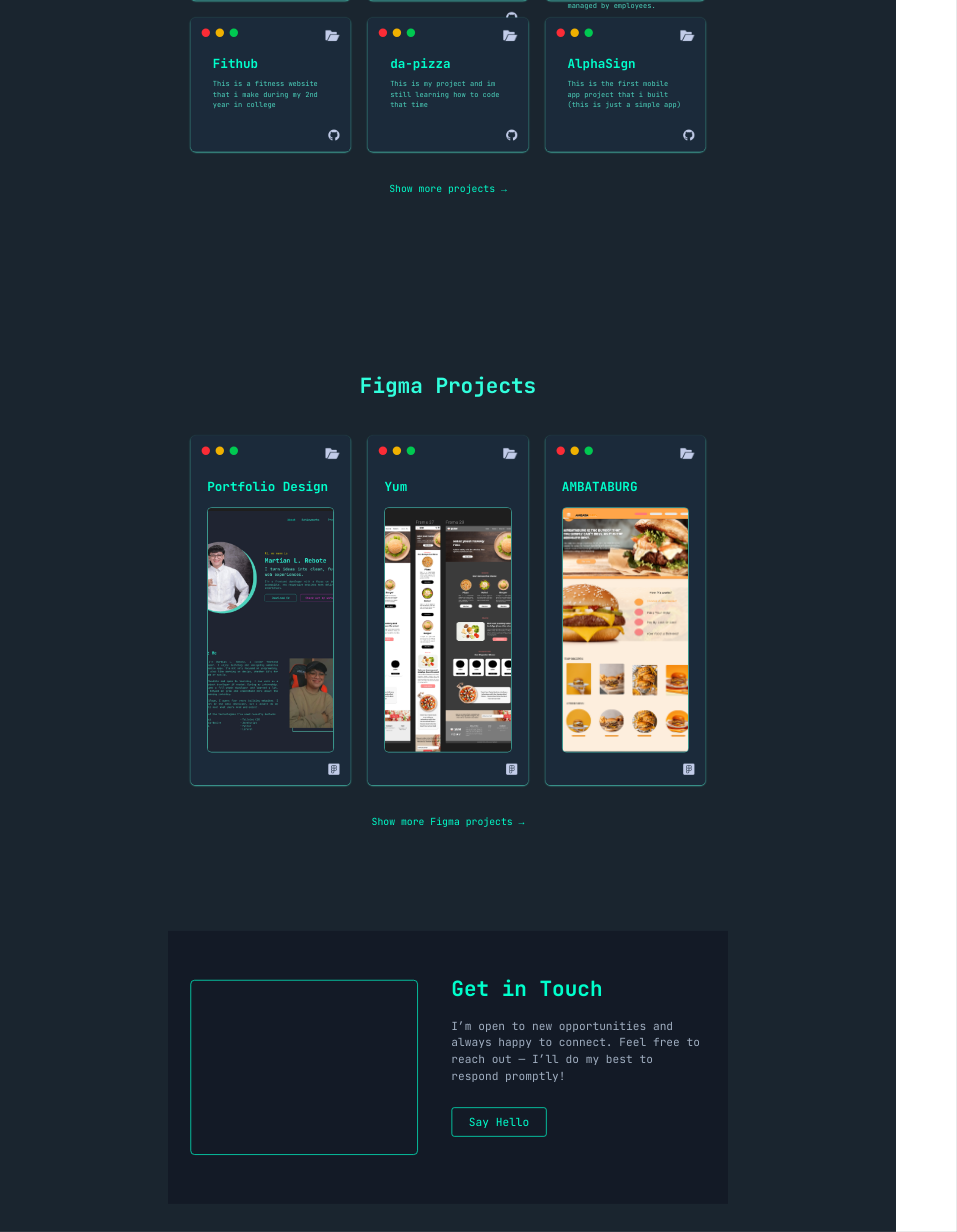
Repository: m4rsu-code/Portfolio
Page: / (app in my-portfolio/)
These files come from the project's save history. The page is drawn as it stood at one moment and after the next save; the edit follows.
The browser window is 1280 px wide. The page is 1367 px wide, so the pictures cover 1367 px, including what lies to the right of the window. The pictures show the part of the page from y = 3167 to 4927 px (the page is 4927 px tall before and 4787 px after), at 70% of full size.
The project was rebuilt for these pictures with package versions that can differ from the ones it lists, and the page was loaded fresh each time. Also part of the build but not shown: my-portfolio/vite.config.js, my-portfolio/src/assets/components/Modal/AchievementModal.jsx, my-portfolio/src/AchievementsPage.jsx, my-portfolio/src/ProjectPage.jsx, my-portfolio/src/FigmaProjectsPage.jsx.

Above is the page before, as saved 2025-08-04 18:14:27.

### my-portfolio/src/main.jsx
import { StrictMode } from "react";
import { createRoot } from "react-dom/client";
import { BrowserRouter as Router, Routes, Route } from "react-router-dom";
import "./assets/CSS/index.css";
import App from "./App.jsx";
import AchievementsPage from "./AchievementsPage.jsx";
import ProjectPage from "./ProjectPage.jsx";
import FigmaProjectsPage from "./FigmaProjectsPage.jsx";
import ScrollToTop from "./assets/components/ScrollToTop.jsx";

createRoot(document.getElementById("root")).render(
  <StrictMode>
    <Router>
      <ScrollToTop />
      <Routes>
        <Route path="/" element={<App />} />
        <Route path="/achievements" element={<AchievementsPage />} />
        <Route path="/projects" element={<ProjectPage />} />
        <Route path="/figma-projects" element={<FigmaProjectsPage />} />
      </Routes>
    </Router>
  </StrictMode>
);

### my-portfolio/src/assets/CSS/index.css
@import "tailwindcss";

@layer base {
  .font-jetbrains-mono {
    font-family: 'JetBrains Mono', monospace;
  }
}

### my-portfolio/src/App.jsx
import { useState } from 'react';
import { Link } from 'react-router-dom';
import Navbar from './assets/components/Navbar';
import AchievementModal from './assets/components/Modal/AchievementModal';
import './assets/CSS/animation.css';
import { achievements, projects, figmaProjects } from './assets/components/data';
import ScrollToTopButton from './assets/components/ScrollToTopButton';

function App() {
  const [isModalOpen, setIsModalOpen] = useState(false);
  const [selectedAchievement, setSelectedAchievement] = useState(null);

  const openModal = (achievement) => {
    setSelectedAchievement(achievement);
    setIsModalOpen(true);
  };

  const closeModal = () => {
    setIsModalOpen(false);
    setSelectedAchievement(null);
  };

  return (
    <div className='min-h-screen bg-[#1A252F]'>
      <Navbar />
      <ScrollToTopButton />
      <div className='w-full px-60 py-10'>
        {/* Introduction Section */}
        <div className="flex flex-col items-center justify-center mt-30">
          <div className="flex flex-col md:flex-row items-center justify-center gap-35 px-8 py-16">
            {/* Image with Glowing Effect */}
            <div className="relative">
              <div className="rounded-full border-[2px] border-[#00FFCC] overflow-hidden w-[500px] h-[500px] animate-glow">
                <img
                  src="/Images/me.png"
                  alt="Martian L. Rebote"
                  className="object-cover w-full h-full"
                />
              </div>
            </div>

            {/* Text Content */}
            <div className="text-center md:text-left font-jetbrains-mono">
              <div className='w-full md:w-[750px]'>
                <p className="text-[#FFEA00] text-[18px]">Hi, my name is</p>
                <h1 className="text-[#00FFCC] text-[45px] font-bold mt-2">Martian L. Rebote</h1>
                <p className="text-base text-[30px] font-bold text-[#57CDB9] mt-4">
                  I turn ideas into clean, functional web experiences.
                </p>
                <p className="mt-4 text-[#4CD2BC] leading-relaxed text-[18px]">
                  I’m a frontend developer with a focus on building fast, accessible, and responsive websites that deliver great user experiences.
                </p>
              </div>

              <div className="mt-6 flex flex-col sm:flex-row items-center gap-4">
                <a href="/Martian_Rebote_CV.pdf" className="border border-[#00FFCC] px-5 py-2 rounded-md text-[#00FFCC] hover:bg-[#00FFCC] hover:text-black transition-colors">
                  Download CV
                </a>
                <a href="#projects" className="border border-[#FF38E5] px-5 py-2 rounded-md text-[#FF38E5] hover:bg-[#FF38E5] hover:text-black transition-colors">
                  Check out my work!
                </a>
              </div>
            </div>
          </div>
        </div>

        {/* About Me Section */}
        <div id="about" className="flex flex-col mt-30">
          <div className='flex flex-col md:flex-row items-center justify-between gap-10 px-8 py-16'>
            <div className='w-full md:w-[800px] text-left font-jetbrains-mono'>
              <h2 className='text-[#31FFDD] text-[30px] font-bold mb-7'>About Me</h2>
              <div className='w-full md:w-[900px] text-justify px-5'>
                <p className='text-[#4CD2BC] text-[18px] mt-4'>
                  Hi, I’m Martian L. Rebote, a junior frontend developer. I enjoy building and designing websites and mobile apps. I’m not only focused on programming, but I also like working on design, whether it’s for the web or mobile.
                </p>
                <p className='text-[#4CD2BC] text-[18px] mt-4'>
                  I’m flexible and open to learning. I can work as a full-stack developer if needed. During my internship, I became a full-stack developer and learned a lot, which helped me grow and understand more about the programming industry.
                </p>
                <p className='text-[#4CD2BC] text-[18px] mt-4'>
                  Some of the technologies I’ve used recently include:
                </p>

                <div className='flex flex-col sm:flex-row gap-10 mt-4'>
                  <ul className='text-[#4CD2BC] text-[18px] mt-2 list-disc pl-5'>
                    <li>React</li>
                    <li>React-Native</li>
                    <li>HTML</li>
                    <li>CSS</li>
                  </ul>
                  <ul className='text-[#4CD2BC] text-[18px] mt-2 list-disc pl-5'>
                    <li>Tailwind CSS</li>
                    <li>JavaScript</li>
                    <li>Python</li>
                    <li>Laravel</li>
                  </ul>
                </div>
              </div>
            </div>

            <div className="relative image-container w-[380px] h-[450px] group cursor-pointer">
              <div className="absolute left-5 w-full h-full border-3 border-[#00FFCC] rounded-[10px] uneven-box z-0 transition-transform duration-300 ease-in-out"></div>
              <div className="relative z-10 rounded-[10px] overflow-hidden w-full h-full transition-transform duration-300 ease-in-out group-hover:translate-x-[-10px] group-hover:translate-y-[-10px]">
                <img
                  src="/Images/me2.jpg"
                  alt="Martian L. Rebote"
                  className="object-cover w-full h-full"
                />
              </div>
            </div>
          </div>
        </div>

        {/* Achievements Section */}
        <div id="achievements" className="flex flex-col mt-30 px-8 py-16 font-jetbrains-mono">
          <h2 className="text-[#31FFDD] text-[30px] font-bold mb-12">Notable Achievements</h2>

          {/* Cards Grid - Limited to first 2 achievements */}
          <div>
            {/* First Row */}
            <div className="grid md:grid-cols-2 gap-10">
              {/* Left card (code-like box with image) */}
              <div className="bg-[#1B2A3A] rounded-lg p-4 flex flex-col h-96">
                <div className="flex gap-2 mb-4">
                  <div className="w-3 h-3 bg-red-500 rounded-full"></div>
                  <div className="w-3 h-3 bg-yellow-500 rounded-full"></div>
                  <div className="w-3 h-3 bg-green-500 rounded-full"></div>
                </div>
                <div
                  className="border border-[#4CD2BC] rounded-md flex-grow overflow-hidden group cursor-pointer"
                  onClick={() => openModal(achievements[0])}
                >
                  <img
                    src={achievements[0].image}
                    alt="Achievement Image"
                    className="w-full h-full object-cover transition-transform duration-300 ease-in-out group-hover:scale-110"
                  />
                </div>
              </div>

              {/* Right card (trophy + achievement with text) */}
              <div className="flex flex-col h-64">
                <p className="text-[#31FFDD] text-sm mb-2">Featured Achievement</p>
                <h3 className="text-[#31FFDD] text-lg font-bold flex items-center gap-2">
                  🏆 {achievements[0].title}
                </h3>
                <div className="border border-[#4CD2BC] rounded-md flex-grow mt-4 p-4 text-[#4CD2BC] text-sm overflow-auto">
                  {achievements[0].description}
                </div>
                <p className="text-[#4CD2BC] text-sm mt-2">Date: {achievements[0].date}</p>
              </div>
            </div>

            {/* Second Row */}
            <div className="grid md:grid-cols-2 gap-10 mt-10">
              {/* Left card (trophy + achievement with text) */}
              <div className="flex flex-col h-64">
                <p className="text-[#31FFDD] text-sm mb-2">Featured Achievement</p>
                <h3 className="text-[#31FFDD] text-lg font-bold flex items-center gap-2">
                  🏆 {achievements[1].title}
                </h3>
                <div className="border border-[#4CD2BC] rounded-md flex-grow mt-4 p-4 text-[#4CD2BC] text-sm overflow-auto">
                  {achievements[1].description}
                </div>
                <p className="text-[#4CD2BC] text-sm mt-2">Date: {achievements[1].date}</p>
              </div>

              {/* Right card (code-like box with image) */}
              <div className="bg-[#1B2A3A] rounded-lg p-4 flex flex-col h-96">
                <div className="flex gap-2 mb-4">
                  <div className="w-3 h-3 bg-red-500 rounded-full"></div>
                  <div className="w-3 h-3 bg-yellow-500 rounded-full"></div>
                  <div className="w-3 h-3 bg-green-500 rounded-full"></div>
                </div>
                <div
                  className="border border-[#4CD2BC] rounded-md flex-grow overflow-hidden group cursor-pointer"
                  onClick={() => openModal(achievements[1])}
                >
                  <img
                    src={achievements[1].image}
                    alt="Achievement Image"
                    className="w-full h-full object-cover transition-transform duration-300 ease-in-out group-hover:scale-110"
                  />
                </div>
              </div>
            </div>
          </div>

          {/* Show more link */}
          <div className="text-center mt-10">
            <Link
                to="/achievements"
                state={{ achievements }}
                className="text-[#31FFDD] text-sm hover:underline"
              >
                Show more achievements →
              </Link>
          </div>
        </div>

        {/* Project Section */}
        <div id='projects' className="flex flex-col mt-30 px-8 py-16 font-jetbrains-mono">
          <h2 className="text-[#31FFDD] text-[30px] text-center font-bold mb-12">Featured Projects</h2>
          <div className="grid grid-cols-1 sm:grid-cols-2 lg:grid-cols-3 gap-6">
            {projects.slice(0, 6).map((project) => (
              <div
                key={project.id}
                className="bg-[#1B2A3A] rounded-lg p-4 flex flex-col h-48 relative group shadow-xs shadow-[#4CD2BC] cursor-pointer transform transition-transform duration-300 ease-in-out hover:-translate-y-2"
              >
                <div className="flex gap-2">
                  <div className="w-3 h-3 bg-red-500 rounded-full"></div>
                  <div className="w-3 h-3 bg-yellow-500 rounded-full"></div>
                  <div className="w-3 h-3 bg-green-500 rounded-full"></div>
                  <div className="justify-end ml-auto">
                    <img src="/Images/open-folder.png" alt="Folder Icon" className="w-5 h-5" />
                  </div>
                </div>
                <div className="text-left rounded-md flex-grow p-4">
                  <h3 className="text-[#00FFCC] text-[18px] font-bold mb-2">{project.title}</h3>
                  <p className="text-[#4CD2BC] text-[10px]">{project.description}</p>
                </div>
                <div className="flex justify-end gap-2">
                  {project.githubLink ? (
                    <a href={project.githubLink} target="_blank" rel="noopener noreferrer" aria-label={`View ${project.title} on GitHub`}>
                      <img
                        src="/Images/github.png"
                        alt="GitHub Icon"
                        className="w-4 h-4 hover:invert hover:brightness-0 hover:sepia hover:saturate-[100%]"
                      />
                    </a>
                  ) : (
                    <img
                      src="/Images/github.png"
                      alt="GitHub Icon"
                      className="w-4 h-4 hover:invert hover:brightness-0 hover:sepia hover:saturate-[100%]"
                    />
                  )}
                  {project.title === 'Portfolio' && project.link && (
                    <a href={project.link} target="_blank" rel="noopener noreferrer" aria-label="View Portfolio Website">
                      <img
                        src="/Images/link.png"
                        alt="Link Icon"
                        className="w-4 h-4 hover:invert hover:brightness-0 hover:sepia hover:saturate-[100%]"
                      />
                    </a>
                  )}
                </div>
              </div>
            ))}
          </div>

          {projects.length > 6 && (
            <div className="text-center mt-10">
              <Link
                to="/projects"
                state={{ projects }}
                className="text-[#00FFCC] text-sm hover:underline"
              >
                Show more projects →
              </Link>
            </div>
          )}
        </div>

        {/* Figma Projects Section */}
        <div className="flex flex-col mt-30 px-8 py-16 font-jetbrains-mono">
          <h2 className="text-[#31FFDD] text-[30px] text-center font-bold mb-12">Figma Projects</h2>
          <div className="grid grid-cols-1 sm:grid-cols-2 lg:grid-cols-3 gap-6">
            {figmaProjects.slice(0, 3).map((project) => (
              <div
                key={project.id}
                className="bg-[#1B2A3A] rounded-lg p-4 flex flex-col h-[500px] relative group shadow-xs shadow-[#4CD2BC] cursor-pointer transform transition-transform duration-300 ease-in-out hover:-translate-y-2"
              >
                {/* Header with window controls and folder icon */}
                <div className="flex gap-2 mb-4">
                  <div className="w-3 h-3 bg-red-500 rounded-full"></div>
                  <div className="w-3 h-3 bg-yellow-500 rounded-full"></div>
                  <div className="w-3 h-3 bg-green-500 rounded-full"></div>
                  <div className="justify-end ml-auto">
                    <img src="/Images/open-folder.png" alt="Folder Icon" className="w-5 h-5" />
                  </div>
                </div>

                {/* Project Title */}
                <div className="flex items-start justify-start p-2">
                  <h3 className="text-[#00FFCC] text-[18px] font-bold">{project.title}</h3>
                </div>

                {/* Image with Border and No Overlap */}
                <div className="flex-grow flex items-center justify-center p-2">
                  <div className="border border-[#4CD2BC] rounded-md w-full h-[350px] overflow-hidden ">
                    <img
                      src={project.image}
                      alt={`${project.title} Image`}
                      className="w-full h-full object-cover"
                      onError={(e) => (e.target.src = '/Images/fallback.png')}
                      loading="lazy"
                    />
                  </div>
                </div>

                {/* Figma Link */}
                <div className="flex justify-end gap-2 mt-2">
                  {project.figmaLink && (
                    <a
                      href={project.figmaLink}
                      target="_blank"
                      rel="noopener noreferrer"
                      aria-label={`View ${project.title} on Figma`}
                    >
                      <img
                        src="/Images/figma.png"
                        alt="Figma Icon"
                        className="w-4 h-4 hover:invert hover:brightness-0 hover:sepia hover:saturate-[100%]"
                      />
                    </a>
                  )}
                </div>
              </div>
            ))}
          </div>
          {figmaProjects.length > 3 && (
            <div className="text-center mt-10">
              <Link
                to="/figma-projects"
                state={{ figmaProjects }}
                className="text-[#00FFCC] text-sm hover:underline"
              >
                Show more Figma projects →
              </Link>
            </div>
          )}
        </div>

        {/* Contact section */}
        <div className="flex flex-col items-center justify-center mt-20 px-8 py-16 font-jetbrains-mono text-white bg-[#131A26]">
          <div className="flex flex-col md:flex-row items-center justify-center gap-12 max-w-6xl w-full">

            {/* Left side — the outlined box */}
            <div className="border border-[#00FFCC] w-[300px] h-[200px] md:w-[400px] md:h-[250px] rounded-md"></div>

            {/* Right side — text, button, and icons */}
            <div className="text-center md:text-left">
              <h2 className="text-[#00FFCC] text-2xl md:text-3xl font-bold mb-6">Get in Touch</h2>
              <p className="text-[#A0AEC0] text-sm md:text-base mb-8 max-w-md">
                I’m open to new opportunities and always happy to connect. Feel free to reach out — I’ll do my best to respond promptly!
              </p>
              <button className="border border-[#00FFCC] text-[#00FFCC] px-6 py-2 rounded hover:bg-[#00FFCC] hover:text-[#131A26] transition duration-300 mb-8">
                Say Hello
              </button>

              {/* Social icons */}
              <div className="flex items-center justify-center md:justify-start gap-4 text-[#A0AEC0]">
                <a href="#" className="hover:text-[#00FFCC]">
                  <i className="fab fa-facebook text-2xl"></i>
                </a>
                <a href="#" className="hover:text-[#00FFCC]">
                  <i className="fab fa-instagram text-2xl"></i>
                </a>
                <a href="#" className="hover:text-[#00FFCC]">
                  <i className="fab fa-x-twitter text-2xl"></i>
                </a>
                <a href="#" className="hover:text-[#00FFCC]">
                  <i className="fab fa-linkedin text-2xl"></i>
                </a>
              </div>
            </div>
          </div>
        </div>


        {/* Modal */}
        {isModalOpen && selectedAchievement && (
          <AchievementModal
            image={selectedAchievement.image}
            title={selectedAchievement.title}
            description={selectedAchievement.description}
            date={selectedAchievement.date}
            onClose={closeModal}
          />
        )}
      </div>
    </div>
  );
}

export default App;

### my-portfolio/src/assets/components/ScrollToTop.jsx
import { useEffect } from 'react';
import { useLocation } from 'react-router-dom';

const ScrollToTop = () => {
  const { pathname } = useLocation();

  useEffect(() => {
    // Scrolls to the top of the window on pathname change
    window.scrollTo(0, 0);
  }, [pathname]);

  return null;
};

export default ScrollToTop;

### my-portfolio/src/assets/components/Navbar.jsx
import React from 'react';
import '../CSS/Navbar.css'; // Import the CSS for styling

function Navbar() {
  return (
    <nav className="w-full px-10 py-4 flex justify-between items-center fixed top-0 left-0 z-50 bg-transparent backdrop-blur-md font-jetbrains-mono">
      {/* Logo on the left */}
      <a href="/" className='text-3xl font-bold text-[#FF38E5] cursor-pointer'>m4rsu</a>
      {/* Navigation links on the right */}
      <div className='flex gap-10 text-base'>
        <a href='#about' className='text-[#31FFDD] text-[15px] font-light nav-link'>About</a>
        <a href='#achievements' className='text-[#31FFDD] text-[15px] font-light nav-link'>Achievements</a>
        <a href='#projects' className='text-[#31FFDD] text-[15px] font-light nav-link'>Projects</a>
        <a href='#contact' className='text-[#31FFDD] text-[15px] font-light nav-link'>Contact</a>
      </div>
    </nav>
  );
}

export default Navbar;

### my-portfolio/src/assets/CSS/animation.css
@keyframes glow {
  0% {
    box-shadow: 0 0 5px #00FFCC, 0 0 10px #00FFCC, 0 0 15px #00FFCC, 0 0 20px #00FFCC;
  }
  50% {
    box-shadow: 0 0 10px #00FFCC, 0 0 20px #00FFCC, 0 0 30px #00FFCC, 0 0 40px #00FFCC;
  }
  100% {
    box-shadow: 0 0 5px #00FFCC, 0 0 10px #00FFCC, 0 0 15px #00FFCC, 0 0 20px #00FFCC;
  }
}

@keyframes glow {
  0% {
    box-shadow: 0 0 5px #00FFCC, 0 0 10px #00FFCC;
  }
  50% {
    box-shadow: 0 0 15px #00FFCC, 0 0 25px #00FFCC;
  }
  100% {
    box-shadow: 0 0 5px #00FFCC, 0 0 10px #00FFCC;
  }
}

.animate-glow {
  animation: glow 2s ease-in-out infinite;
}

.uneven-box {
  transform: translateY(20px); /* move it downward initially */

  transition: transform 0.3s ease-in-out;
}

.image-container:hover .uneven-box {
  transform: translateY(30px); /* move it further down on hover */
}

### my-portfolio/src/assets/CSS/Navbar.css
.nav-link {
  position: relative;
  text-decoration: none;
}

.nav-link::after {
  content: '';
  position: absolute;
  width: 100%;
  height: 2px;
  bottom: -2px;
  left: 0;
  background-color: #31FFDD;
  transform: scaleX(0);
  transform-origin: bottom right;
  transition: transform 0.3s ease-in-out;
}

.nav-link:hover::after {
  transform: scaleX(1);
  transform-origin: bottom left;
}

Loaded but not shown: my-portfolio/index.html (common file); my-portfolio/src/assets/components/data.jsx (105 lines, source omitted); my-portfolio/src/assets/components/ScrollToTopButton.jsx (68 lines, source omitted)

After the next save:
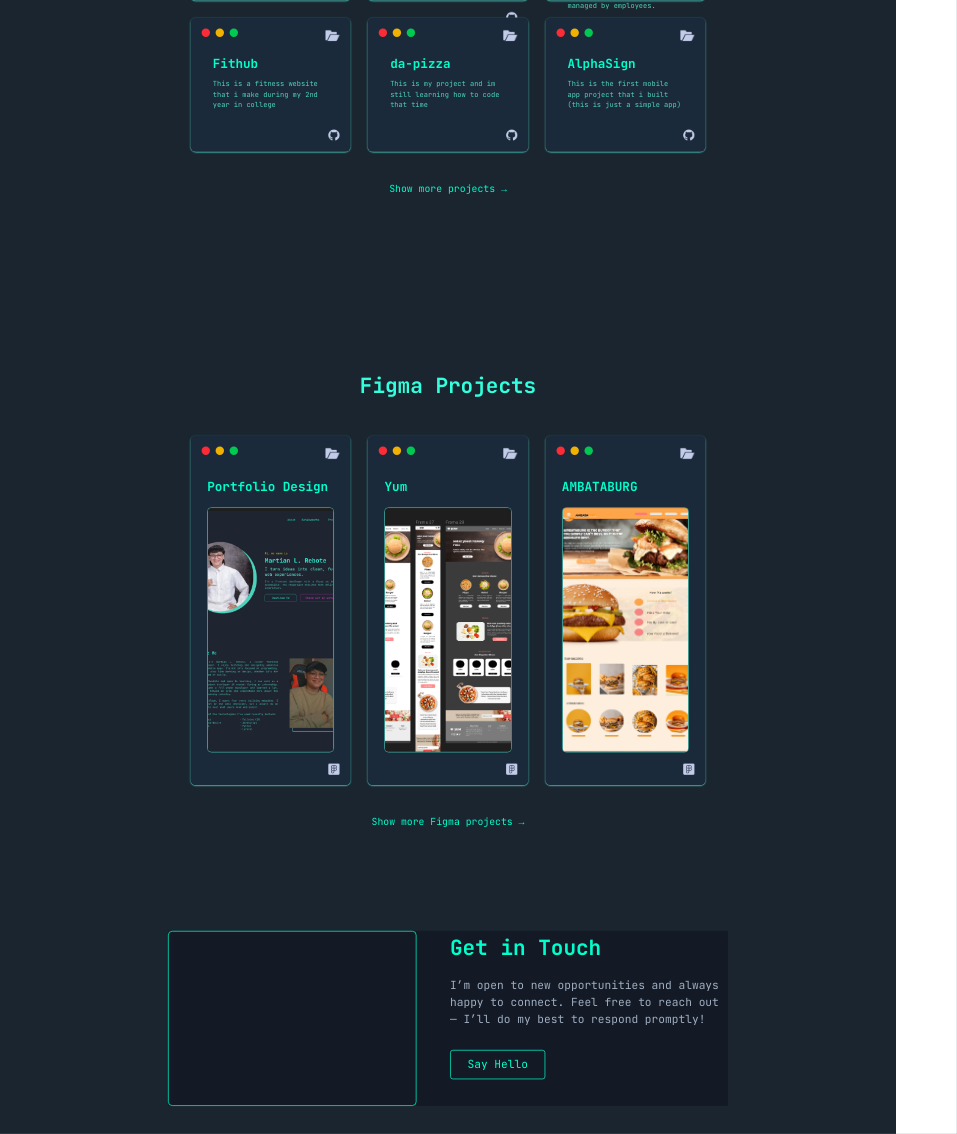
Saved 6 s later.
--- a/my-portfolio/src/App.jsx
+++ b/my-portfolio/src/App.jsx
@@ -332,7 +332,7 @@ function App() {
         </div>
 
         {/* Contact section */}
-        <div className="flex flex-col items-center justify-center mt-20 px-8 py-16 font-jetbrains-mono text-white bg-[#131A26]">
+        <div className="flex flex-col items-center justify-center mt-20  font-jetbrains-mono text-white bg-[#131A26]">
           <div className="flex flex-col md:flex-row items-center justify-center gap-12 max-w-6xl w-full">
 
             {/* Left side — the outlined box */}
